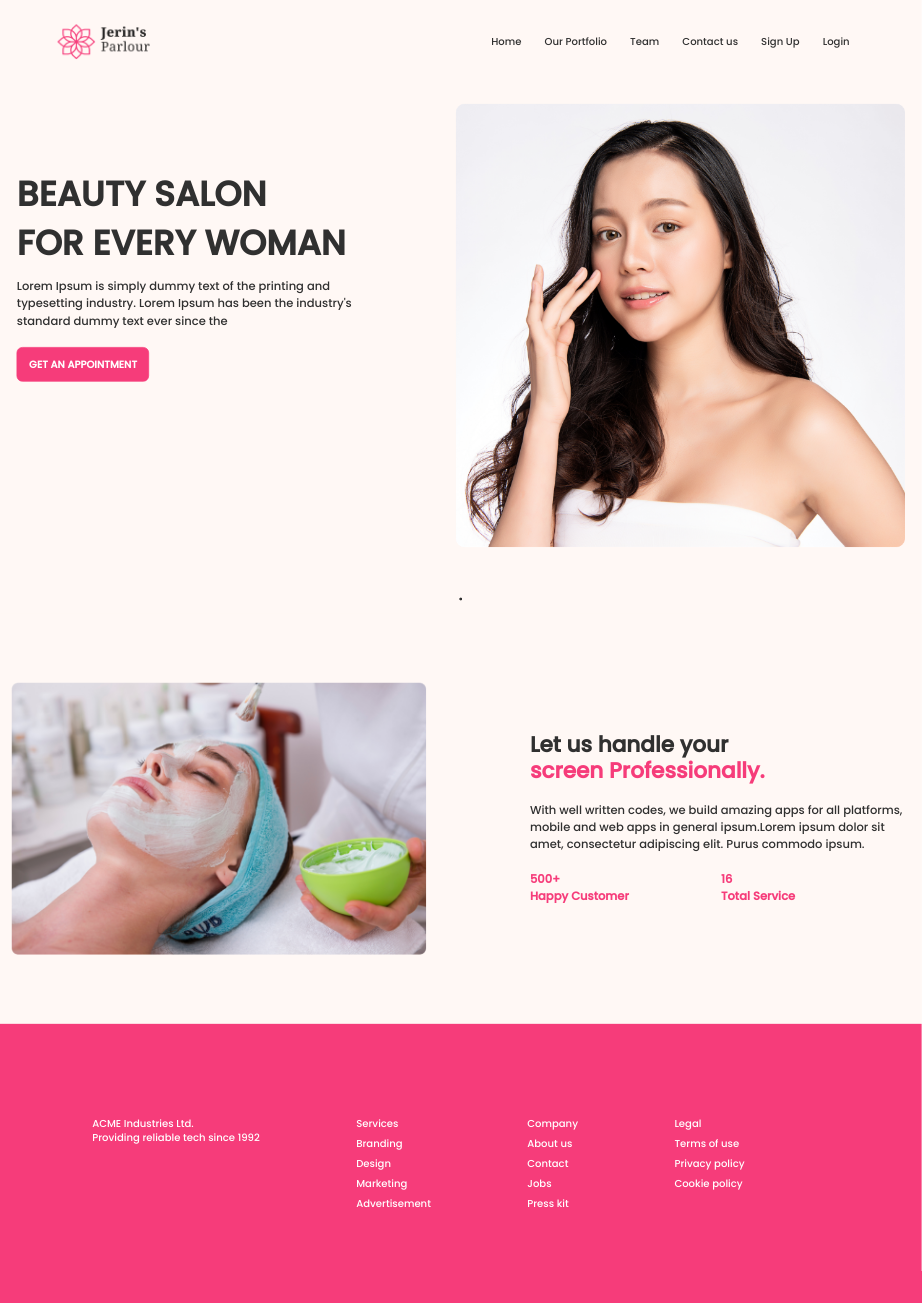
Repository: Wahid137/jerins-parlour-client
Page: /
An editor plug-in stored every save of this project. The page is shown before and after the next save, followed by the edit.
The browser window is 1280 px wide. The pictures show the whole page, at 72% of full size.
The page's requests for data from a server got no answer. The project was rebuilt for these pictures with package versions that can differ from the ones it lists, and the page was loaded fresh each time. No one was signed in, and anything a server would have sent is missing. Also part of the build but not shown: src/App.css, src/Pages/Home/Services/ServicesCard.js.

Above is the page before, as saved 2023-07-16 04:33:19.

After the next save:
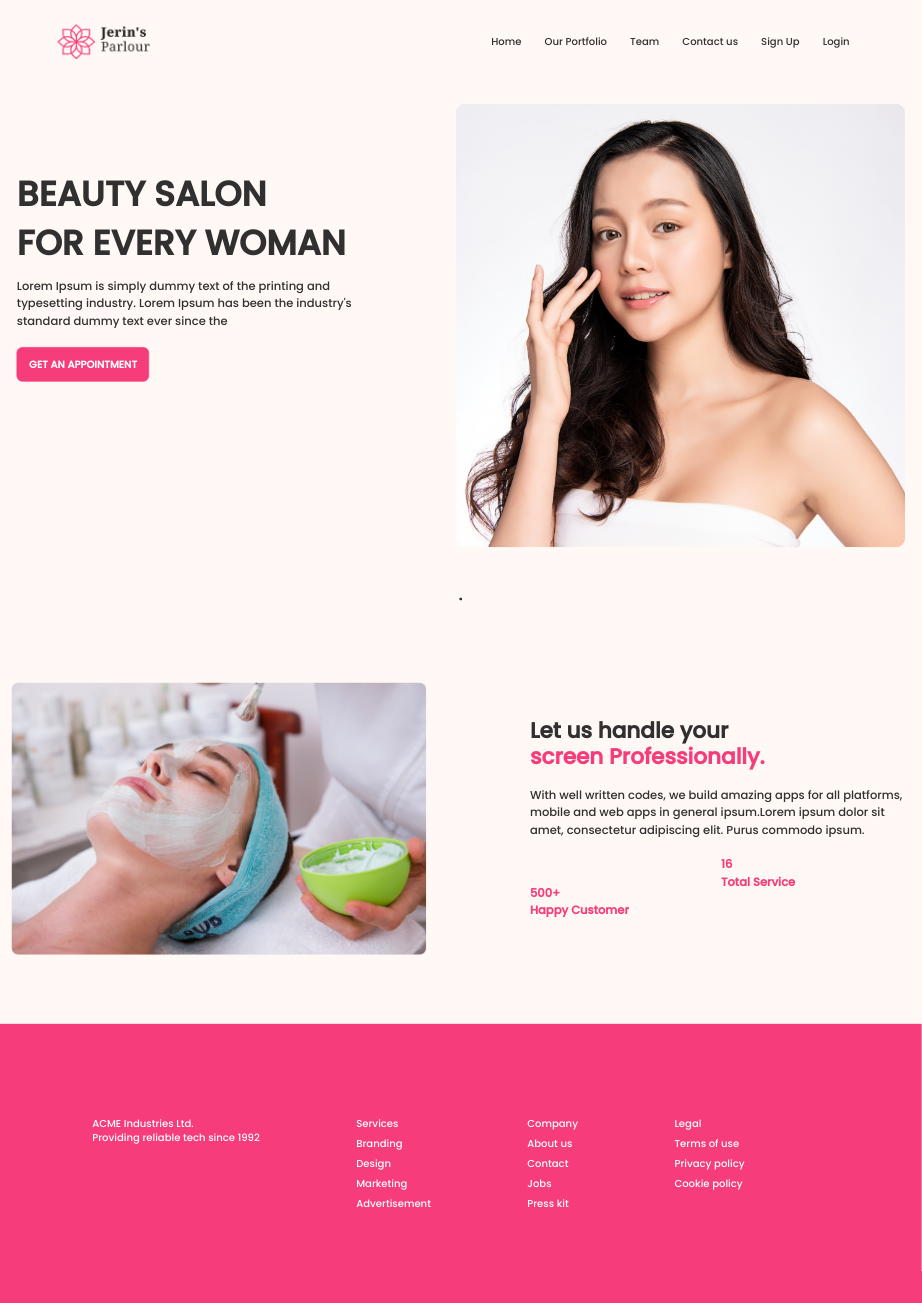
Saved 18 s later.
--- a/src/Pages/Home/Screen/Screen.js
+++ b/src/Pages/Home/Screen/Screen.js
@@ -10,7 +10,7 @@ const Screen = () => {
                     <h1 className="text-3xl font-semibold">Let us handle your <br /><span className='text-primary'>screen Professionally.</span></h1>
                     <p className="py-6">With well written codes, we build amazing apps for all platforms, mobile and web apps in general ipsum.Lorem ipsum dolor sit amet, consectetur adipiscing elit. Purus commodo ipsum.</p>
                     <div className='flex'>
-                        <div className='me-32'>
+                        <div className='me-32 pt-10'>
                             <p className='text-primary font-bold'>500+</p>
                             <p className='text-primary font-bold'>Happy Customer</p>
                         </div>
